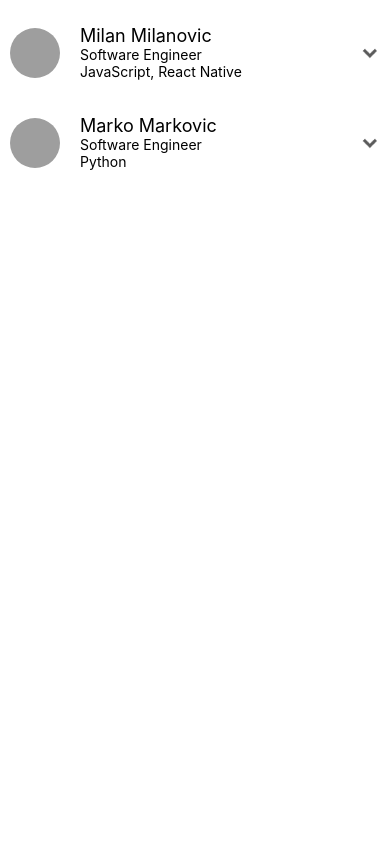
Repository: likanbl/intern-feature
Screen: /
These files come from the project's save history. The screen is drawn as it stood at one moment and after the next save; the edit follows.
Pictures or frames that could not be fetched are drawn as grey boxes. The app was drawn by React Native's web renderer in a window 390 px wide. The project was rebuilt for these pictures with package versions that can differ from the ones it lists, and the page was loaded fresh each time.

Above is the screen before, as saved 2019-09-13 15:17:14.

### App.js
/**
 * Sample React Native App
 * https://github.com/facebook/react-native
 *
 * @format
 * @flow
 */

import React, {Component} from 'react';

import Home from './src/components/home/Home';

export default class App extends Component {
  render() {
    return <Home></Home>;
  }
}

### src/components/home/Home.js
import React, {Component} from 'react';
import {View, FlatList, Text, StyleSheet} from 'react-native';
import {Card} from 'react-native-elements';
import {HomeItem} from './HomeItem';

const Data = [
  {
    Name: 'Milan Milanovic',
    role: 'Software Engineer',
    skills: 'JavaScript, React Native',
    additionalInfo: 'Milan Milanovic description',
  },
  {
    Name: 'Marko Markovic',
    role: 'Software Engineer',
    skills: 'Python',
    additionalInfo: 'Marko Markovic description',
  },
];
export default class Home extends Component {
  renderItem = ({item}) => <HomeItem item={item} />;

  render() {
    return (
      <View>
        <FlatList
          data={Data}
          renderItem={this.renderItem}
          keyExtractor={Data.id}
        />
      </View>
    );
  }
}

### src/components/home/HomeItem.js
import React, {Component} from 'react';
import {
  View,
  Text,
  Image,
  TouchableWithoutFeedback,
  StyleSheet,
} from 'react-native';
import PropTypes from 'prop-types';
import {images} from '../../assets/images';
import {Avatar} from 'react-native-elements';

const propTypes = {
  item: PropTypes.object,
};

class HomeItem extends Component {
  state = {
    isSelected: false,
  };

  onPress = () => {
    this.setState((prevState, prevProps) => ({
      isSelected: !prevState.isSelected,
    }));
  };

  renderDetails = () => (
    <View style={styles.titleContainer}>
      <Text style={styles.description}>{this.props.item.additionalInfo}</Text>
    </View>
  );

  render() {
    const {isSelected} = this.state;
    return (
      <View style={styles.container}>
        <TouchableWithoutFeedback onPress={this.onPress}>
          <View style={styles.titleContainer}>
            <View>
              <Avatar
                size="medium"
                rounded
                source={{
                  uri:
                    'https://s3.amazonaws.com/uifaces/faces/twitter/ladylexy/128.jpg',
                }}
              />
            </View>
            <View style={styles.nameRole}>
              <Text style={styles.title}>{this.props.item.Name}</Text>
              <Text style={styles.role}>{this.props.item.role}</Text>
              <Text style={styles.role}>{this.props.item.skills}</Text>
            </View>
            <Image
              source={isSelected ? images.close : images.expand}
              style={styles.image}
            />
          </View>
        </TouchableWithoutFeedback>
        {isSelected && this.renderDetails()}
      </View>
    );
  }
}
HomeItem.propTypes = propTypes;

const styles = StyleSheet.create({
  container: {
    flex: 1,
    flexDirection: 'column',
    margin: 10,
    elevation: 1,
    paddingTop: 15,
    borderRadius: 5,
  },
  avatarContainer: {
    flex: 1,
    alignItems: 'flex-start',
    justifyContent: 'center',
  },
  nameRole: {
    flex: 2,
    alignItems: 'flex-start',
    justifyContent: 'center',
    marginLeft: 20,
  },

  titleContainer: {
    flexDirection: 'row',
    justifyContent: 'space-around',
    alignItems: 'center',
  },
  title: {
    flex: 1,
    fontSize: 18,
  },
  role: {
    flex: 1,
    fontSize: 14,
  },
  description: {
    flex: 1,
    fontSize: 22,
    color: 'gray',
    paddingTop: 10,
  },
  image: {
    width: 20,
    height: 20,
  },
});

export {HomeItem};

### src/assets/images.js
export const images = {
  expand: require('../../resources/expand.png'),
  close: require('../../resources/close.png'),
};

After the next save:
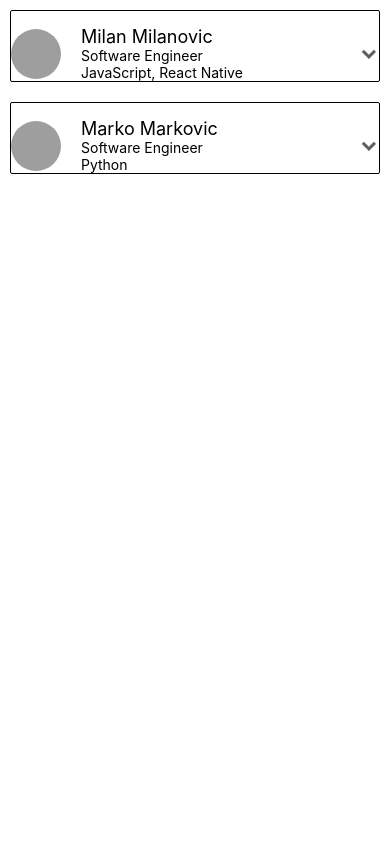
Saved 8 min 1 s later.
--- a/src/components/home/HomeItem.js
+++ b/src/components/home/HomeItem.js
@@ -70,9 +70,10 @@ const styles = StyleSheet.create({
     flex: 1,
     flexDirection: 'column',
     margin: 10,
-    elevation: 1,
+    elevation: 10,
     paddingTop: 15,
-    borderRadius: 5,
+    borderRadius: 2,
+    borderWidth: 1,
   },
   avatarContainer: {
     flex: 1,
